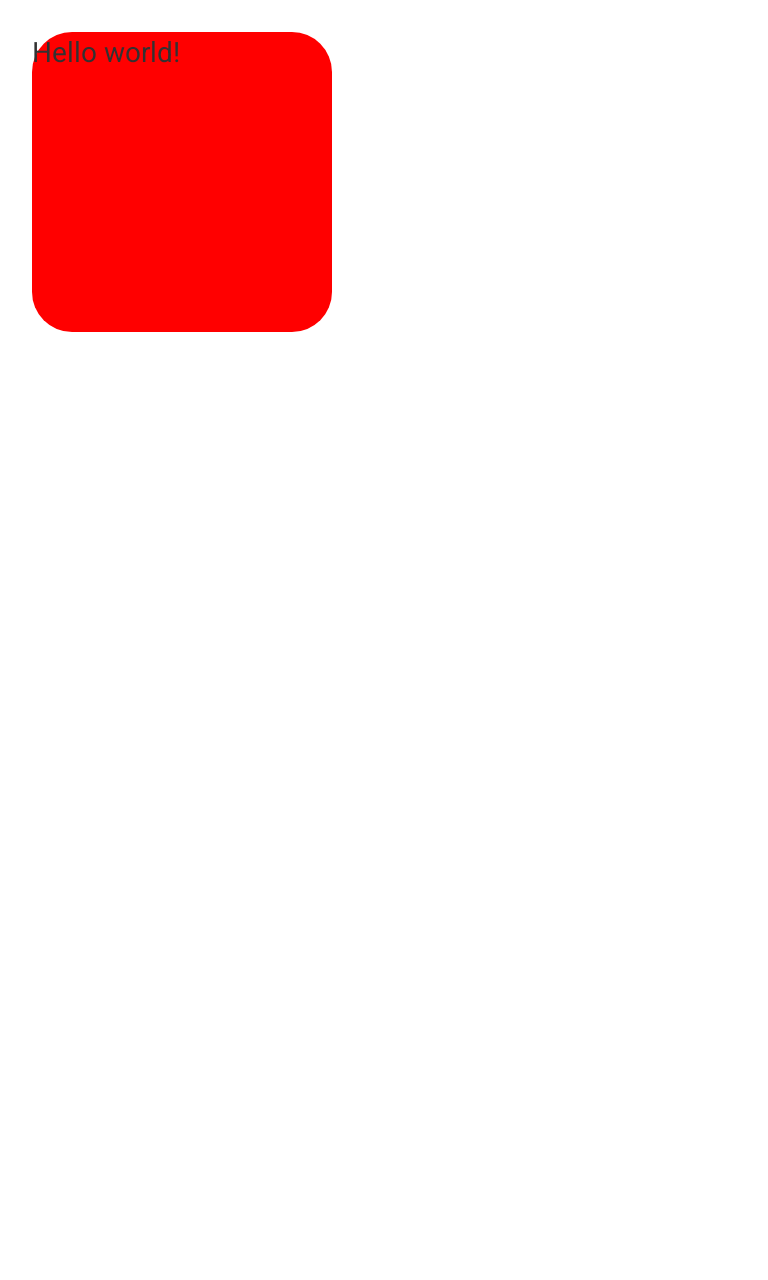
Repository: christianchi/di
Layout: 09 Drawable/DrawableXml/res/layout/activity_main.xml
An editor plug-in stored every save of this project. The layout is shown before and after the next save, followed by the edit.
It is drawn on a 768 x 1280 px phone screen (xhdpi) without system bars, with theme AppTheme; the app's code is not run.

Above is the layout before, as saved 2014-01-22 08:33:44.

### 09 Drawable/DrawableXml/res/layout/activity_main.xml
<RelativeLayout xmlns:android="http://schemas.android.com/apk/res/android"
    xmlns:tools="http://schemas.android.com/tools"
    android:layout_width="match_parent"
    android:layout_height="match_parent"
    android:paddingBottom="@dimen/activity_vertical_margin"
    android:paddingLeft="@dimen/activity_horizontal_margin"
    android:paddingRight="@dimen/activity_horizontal_margin"
    android:paddingTop="@dimen/activity_vertical_margin"
    tools:context=".MainActivity" >

    <TextView
        android:layout_width="150dp"
        android:layout_height="150dp"
        android:text="@string/hello_world"
        android:background="@drawable/bg_shape" />

</RelativeLayout>

### 09 Drawable/DrawableXml/res/values/strings.xml
<?xml version="1.0" encoding="utf-8"?>
<resources>

    <string name="app_name">DrawableXml</string>
    <string name="action_settings">Settings</string>
    <string name="hello_world">Hello world!</string>

</resources>

### 09 Drawable/DrawableXml/res/drawable/bg_shape.xml
<?xml version="1.0" encoding="utf-8"?>
<shape xmlns:android="http://schemas.android.com/apk/res/android"
    android:shape="rectangle" >
    <solid android:color="#f00"/>

    <corners android:radius="20dp" />

</shape>

Loaded but not shown: 09 Drawable/DrawableXml/res/values/styles.xml (common file); 09 Drawable/DrawableXml/res/values-v11/styles.xml (common file); 09 Drawable/DrawableXml/res/values-v14/styles.xml (common file); 09 Drawable/DrawableXml/res/values/dimens.xml (common file)

After the next save:
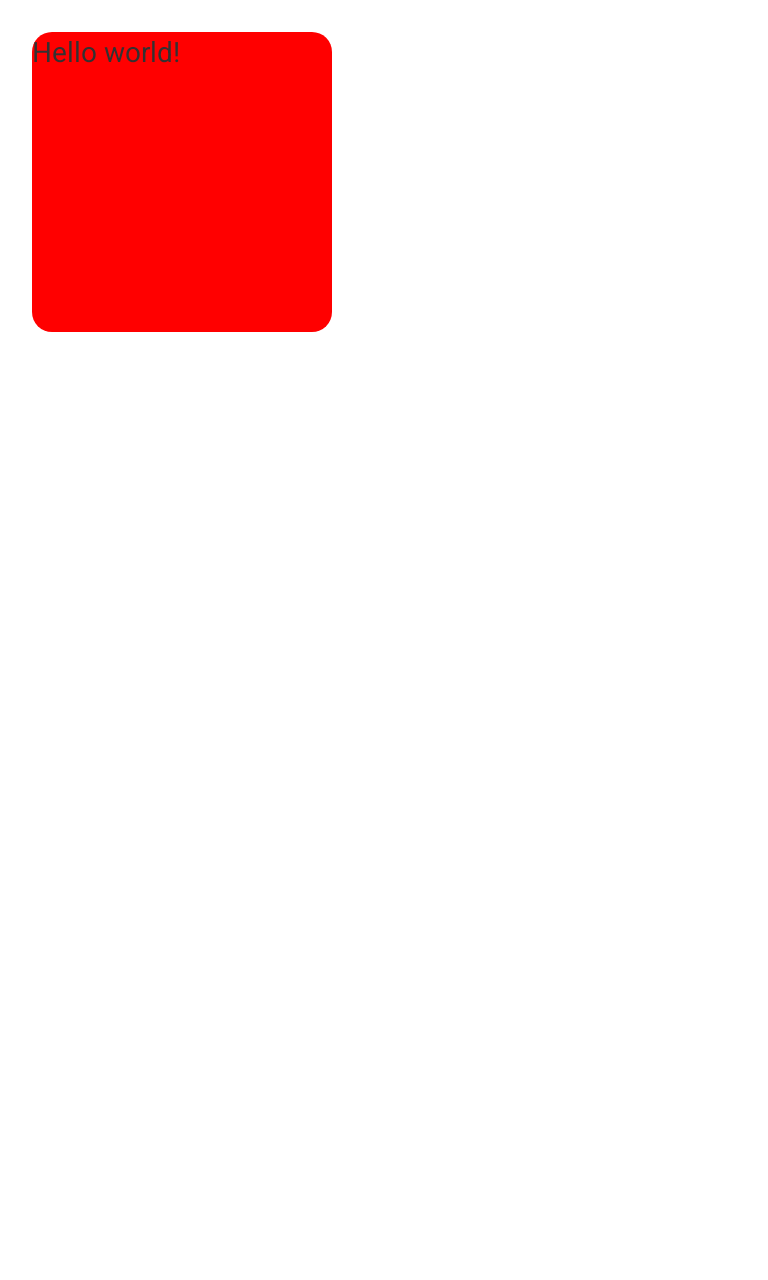
Saved 13 s later.
--- a/09 Drawable/DrawableXml/res/drawable/bg_shape.xml
+++ b/09 Drawable/DrawableXml/res/drawable/bg_shape.xml
@@ -3,6 +3,6 @@
     android:shape="rectangle" >
     <solid android:color="#f00"/>
 
-    <corners android:radius="20dp" />
+    <corners android:radius="10dp" />
 
 </shape>
